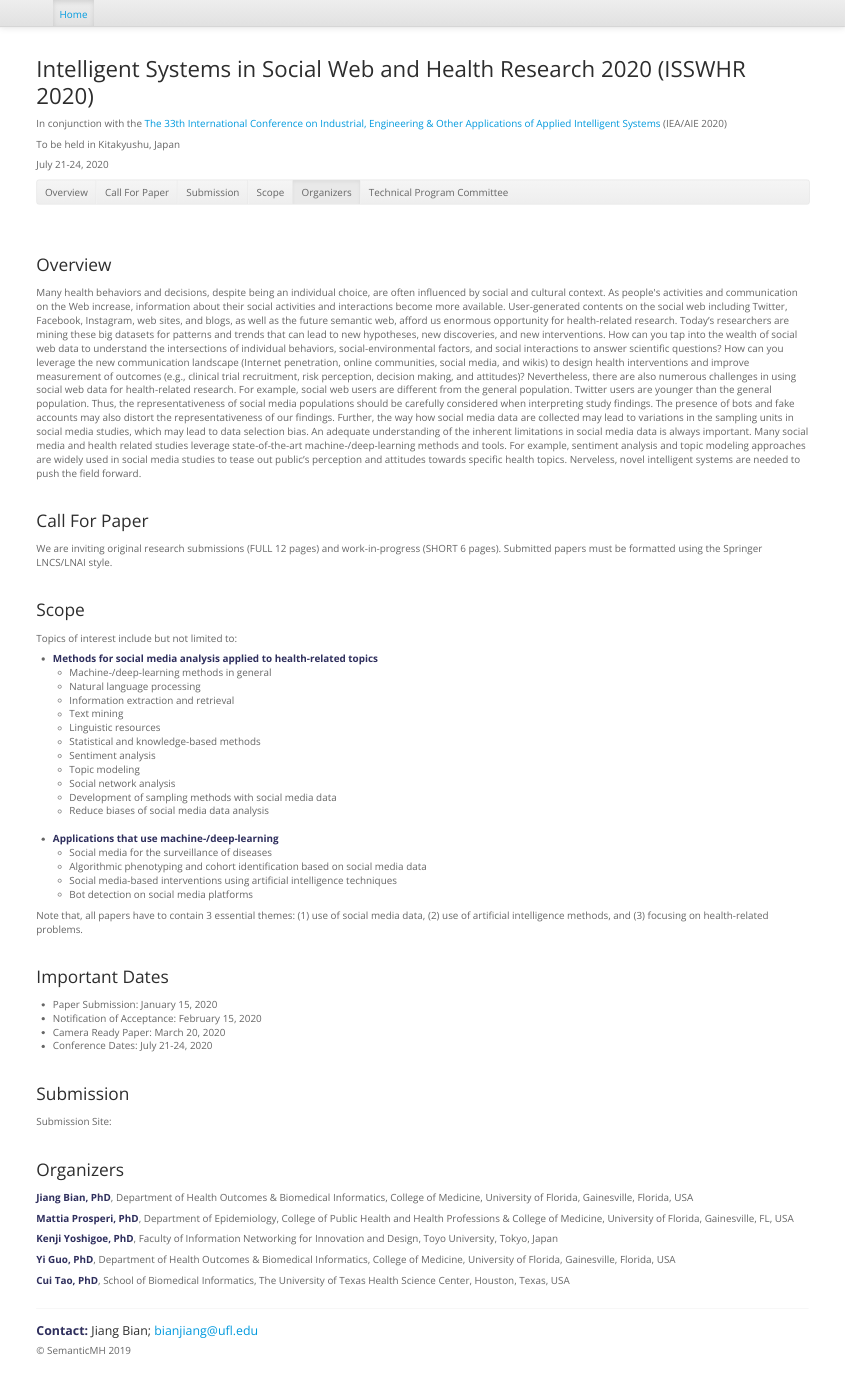
Repository: bianjiang/semantics-powered.org
Page: ISSWHR-2020/index.html
An editor plug-in stored every save of this project. The page is shown before and after the next save, followed by the edit.
The browser window is 1280 px wide. The pictures show the whole page, at 66% of full size.
Some web libraries are served in a nearby version.

Above is the page before, as saved 2019-10-26 17:26:41.
Console error (its wording comes from the project's code and is left out).

After the next save:
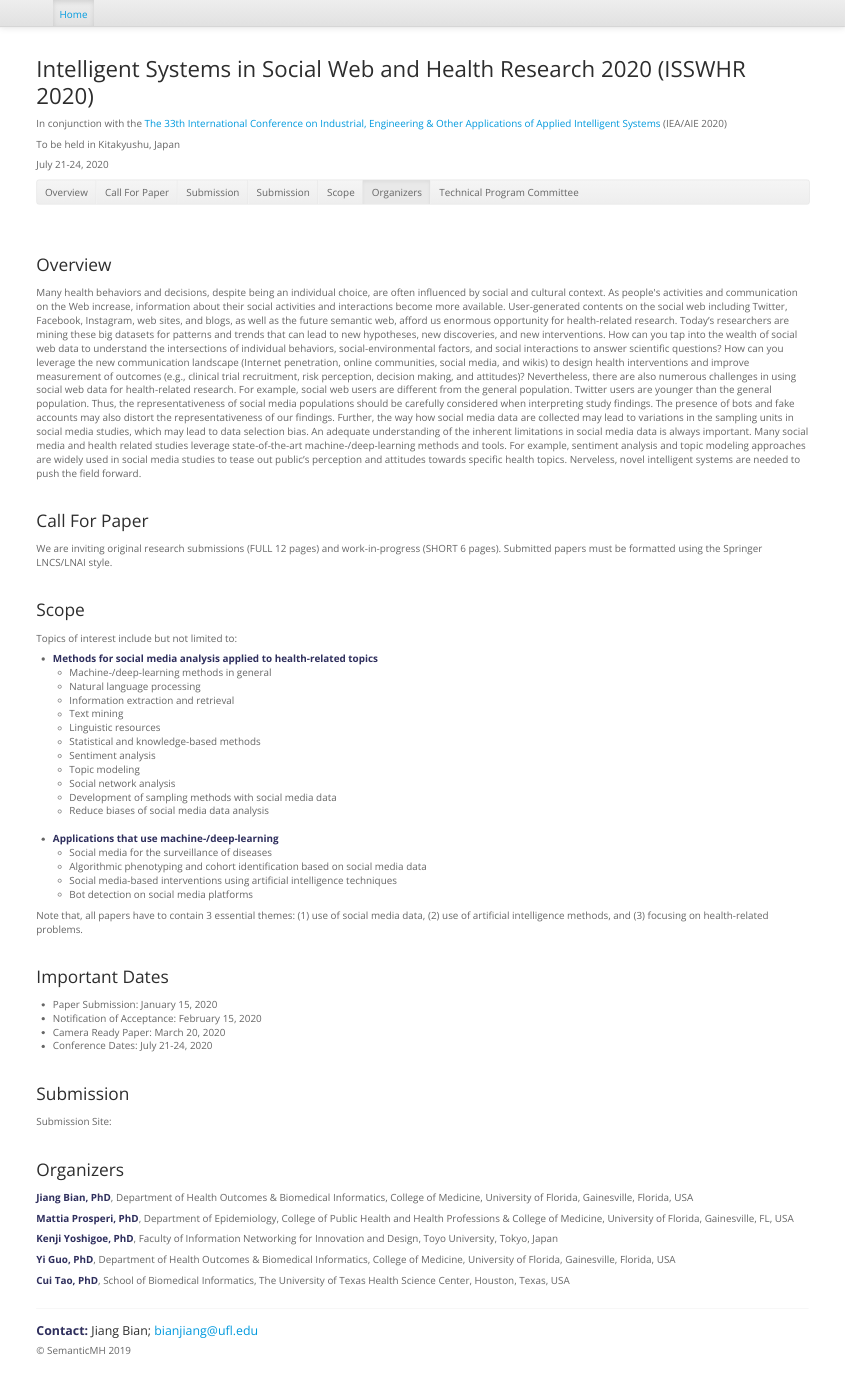
Saved 50 s later.
--- a/ISSWHR-2020/index.html
+++ b/ISSWHR-2020/index.html
@@ -93,6 +93,7 @@
           <li><a href="#overview">Overview</a></li>
           <!-- <li><a href="#audience">Audience</a></li> -->
           <li><a href="#callforpaper">Call For Paper</a></li>
+          <li><a href="#submissions">Submission</a></li>
           <li><a href="#submissions">Submission</a></li>
           <!-- <li><a href="#rational">Rational</a></li>
           <li><a href="#workshopstructure">Workshop Structure</a></li> -->
